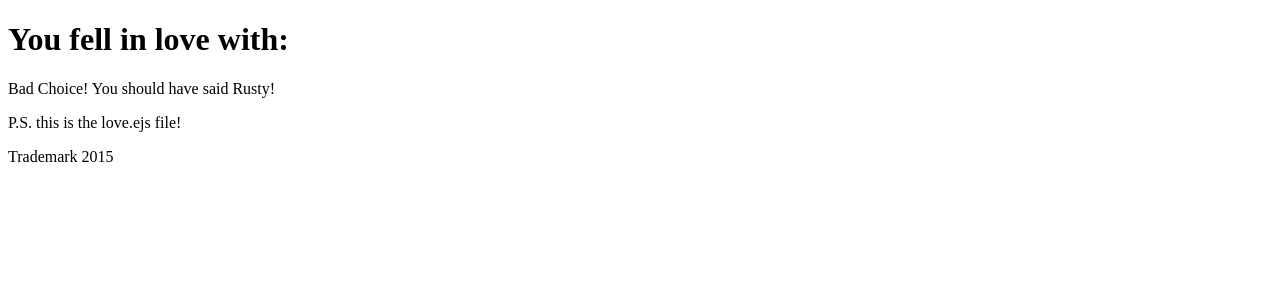
Repository: ZhenyuanBo/Web-Development-Boot-Camp
Page: MoreExpress/EJSDemo/views/love.ejs
The author's editor kept a record of every edit. The page is drawn from the files as they stood at one moment, then again after the next edit.
The browser window is 1280 px wide. The pictures show the whole page.
The page is served by the project's Node server (MoreExpress/EJSDemo/EJSDemo.js). The template is opened directly, without the code that normally fills it, so the values that code supplies are empty.

Above is the page before.

### webdevbootcamp_Cloud9/workspace/MoreExpress/EJSDemo/views/love.ejs

<% include partials/header %>
<h1>You fell in love with: <%=  thingVar  %></h1>

<% if(thingVar.toLowerCase() === "rusty"){ %>
    <p>Good Choice! Rusty is the best!</p>
<% } else { %>
    <p>Bad Choice! You should have said Rusty!</p>
<% } %>

<p>P.S. this is the love.ejs file!</p>
<% include partials/footer %>

### webdevbootcamp_Cloud9/workspace/MoreExpress/EJSDemo/views/partials/header.ejs
<!DOCTYPE html>
<html>
    <head>
        <title>Demo App</title>
    </head>
    <body>

### webdevbootcamp_Cloud9/workspace/MoreExpress/EJSDemo/views/partials/footer.ejs
    <p>Trademark 2015</p>
    </body>
</html>

### webdevbootcamp_Cloud9/workspace/MoreExpress/EJSDemo/EJSDemo.js
var express = require('express');
var app = express();

//tell the system that server public as a default folder
app.use(express.static("public"));
//set ejs so that page being rendered doesn't need have ejs at the end
app.set("view engine", "ejs");


app.get("/", function(req, res){
    res.render("home");
});

app.get("/fallinlovewith/:thing", function(req, res){
    var thing = req.params.thing;
    res.render("love", {thingVar: thing.toUpperCase()});
});

app.get("/posts", function(req, res){
    var posts = [
        {title: "Post 1", author: "Susy"},
        {title: "My adorable pet bunny", author: "me"},
        {title: "Can you believe this pomsky?", author: "charlie"},
        ];
    res.render("posts", {posts: posts});
});

app.listen(process.env.PORT, process.env.IP, function(){
    console.log("Server has started!");
});

### webdevbootcamp_Cloud9/workspace/MoreExpress/EJSDemo/public/EJSDemo.css
body{
    color: purple;
    background: yellow;
}

After the next edit:
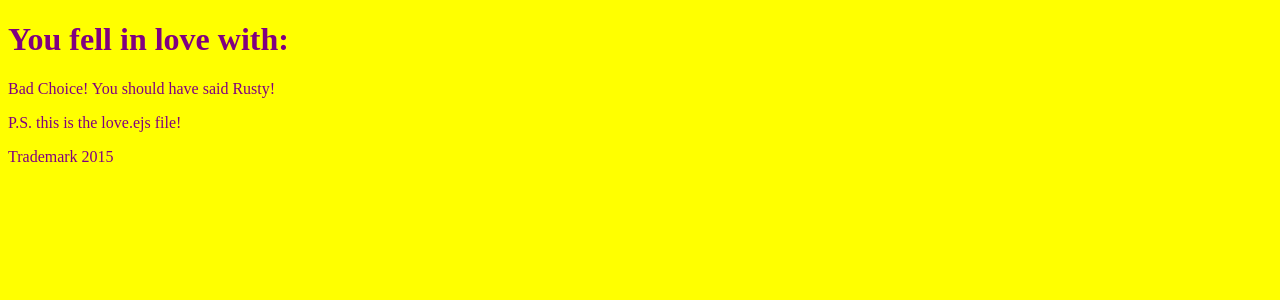
The edit:
--- a/webdevbootcamp_Cloud9/workspace/MoreExpress/EJSDemo/views/partials/header.ejs
+++ b/webdevbootcamp_Cloud9/workspace/MoreExpress/EJSDemo/views/partials/header.ejs
@@ -2,5 +2,6 @@
 <html>
     <head>
         <title>Demo App</title>
+        <link rel="stylesheet" href="/EJSDemo.css"></link>
     </head>
     <body>
